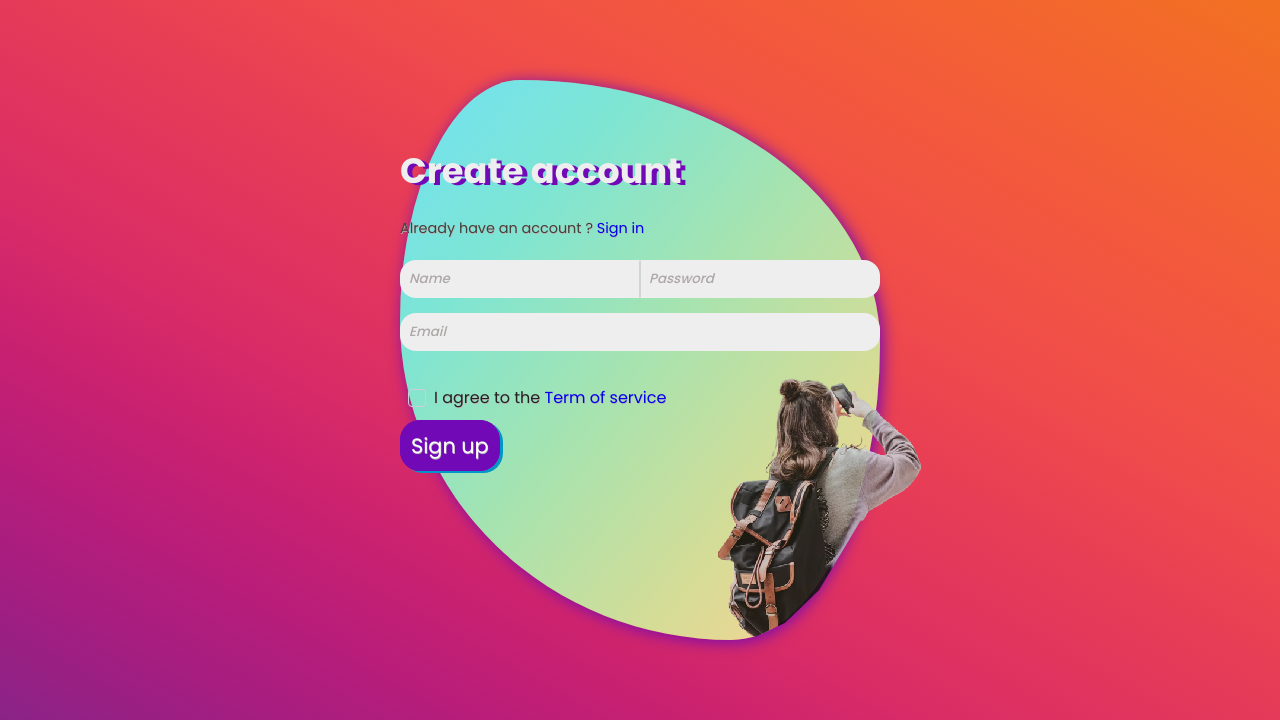
Repository: Yuukicoder/Techfest1
Page: signup.html
These files come from the project's save history. The page is drawn as it stood at one moment and after the next save; the edit follows.
The browser window is 1280 px wide. The pictures show the whole page.
Some web fonts or font styles are not loaded; a fallback is used.

Above is the page before, as saved 2022-11-05 21:44:14.

### signup.html
<!DOCTYPE html>
<html lang="en">
  <head>
    <meta charset="UTF-8" />
    <meta http-equiv="X-UA-Compatible" content="IE=edge" />
    <meta name="viewport" content="width=device-width, initial-scale=1.0" />
    <link rel="stylesheet" href="signup.css" />
    <title>Signup</title>
  </head>
  <body>
    <div id="scroll-progress"></div>
    <div class="box">
      <div class="signup">
        <!-- ======================================HEADING=============================================================== -->
        <div class="signup__heading">Create account</div>

        <!-- ======================================SIGNIN=============================================================== -->

        <p class="signup__already">
          Already have an account ? <a href="#" class="signup__link">Sign in</a>
        </p>
        <!-- =======================================NAME+PASSWORD============================================================== -->

        <form action="#" class="signup__form">
          <div class="form__group form__group--2">
            <input type="text" class="form__input" placeholder="Name" />
            <input type="text" class="form__input" placeholder="Password" />
          </div>
          <!-- =======================================EMAIL============================================================== -->

          <div class="form__group">
            <input type="text" class="form__input" placeholder="Email" />
          </div>
          <!-- ======================================SVG CHECKBOX=============================================================== -->

          <svg class="checkbox-symbol">
            <symbol id="check" viewbox="0 0 12 10">
              <polyline
                points="1.5 6 4.5 9 10.5 1"
                stroke-linecap="round"
                stroke-linejoin="round"
                stroke-width="2"
              ></polyline>
            </symbol>
          </svg>

          <div class="checkbox-container">
            <input class="checkbox-input" id="apples" type="checkbox" />
            <label class="checkbox" for="apples">
              <span>
                <svg width="12px" height="10px">
                  <use xlink:href="#check"></use>
                </svg>
              </span>
              <span>
                I agree to the
                <a href="#" class="signup__link">Term of service</a>
              </span>
            </label>
          </div>
          <!-- ======================================BUTTON SIGNUP=============================================================== -->

          <div class="form__group">
            <div class="button-border">
              <form action="index.html">
                <a href="index.html" class="button"><span> Sign up </span></a>
              </form>
            </div>
          </div>
        </form>
      </div>
      <!-- ===========================================IMAGE========================================================== -->

      <img src="Image/signup2.png" alt="anh1" />
      <!-- ===================================================================================================== -->
    </div>
    <script src="app.js"></script>
  </body>
</html>

### signup.css
@import url("https://fonts.googleapis.com/css2?family=Caveat:wght@400;600&family=Hurricane&family=Poppins:wght@100;200;300;400;500;600;700;800;900&family=Satisfy&display=swap");
* {
  margin: 0;
  box-sizing: border-box;
  /* border: 1px solid black; */
  font-family: "Poppins", sans-serif;
}
:root {
  --text-color: #463f3a;
  --link-color: #0000ee;
  --shadow-color: #7209b7;
}
/* =================================BODY======================================================== */

body {
  background-image: linear-gradient(
      to right top,
      #8a2387,
      #a21e81,
      #b71d7a,
      #ca2170,
      #d92c66,
      #e2355d,
      #e93f54,
      #ef4b4b,
      #f25442,
      #f35d38,
      #f3672d,
      #f27121
    ),
    url("./Image/signup1.webp");
  object-position: center;
  object-fit: cover;
  background-size: cover;
  background-repeat: no-repeat;
  width: 100vw;
  height: 100vh;
  display: flex;
  align-items: center;
  justify-content: center;
}
#scroll-progress {
  position: fixed;
  top: 0;
  width: 0%;
  height: 4px;
  background: #7983ff;
  z-index: 10000;
}
body::-webkit-scrollbar {
  display: none;
}
/* =================================IMAGE======================================================== */
img {
  image-rendering: pixelated;
  height: 65%;
  /* transform: translate(300px,199px); */
  transform: translate(184px, 99px);
  opacity: 0.9;
  clip-path: polygon(
    100% 0,
    100% 61%,
    65% 67%,
    48% 86%,
    34% 95%,
    18% 100%,
    0 100%,
    0 0,
    47% 0,
    80% 0
  );
}
/* ==================================BOX======================================================= */

.box {
  background-image: linear-gradient(
    to right bottom,
    #70e1f5,
    #7ee5d3,
    #a7e3af,
    #d5dc96,
    #ffd194
  );
  border-radius: 25% 75% 31% 69% / 43% 47% 53% 57%;
  height: 35rem;
  width: 30rem;
  box-shadow: 3px 2px 1rem var(--shadow-color);
  display: flex;
  align-items: center;
  justify-content: center;
  position: relative;
}
/* ===========================HEADING+SIGNUP+SIGNIN--LINK+CHECKBOX--LINK============================================================== */

.signup__heading {
  font-size: 2.2rem;
  font-weight: bold;
  margin-bottom: 1.3rem;
  color: #eee;
  cursor: context-menu;
  text-shadow: 5px 2px var(--shadow-color);
}
.signup {
  position: absolute;
  top: 0;
  padding-top: 4rem;
  cursor: context-menu;
  text-shadow: 0.5px 0.5px rgb(185, 183, 183);
}
.signup__already {
  margin-bottom: 1.3rem;
  color: var(--text-color);
  font-size: 0.9rem;
}
.signup__link {
  text-decoration: none;
  background-image: linear-gradient(var(--link-color), var(--link-color));
  background-size: 0% 0.1em;
  background-position-y: 100%;
  background-position-x: 100%;
  background-repeat: no-repeat;
  transition: background-size 0.2s ease-in-out;
}
.signup__link:hover,
.signup__link:focus,
.signup__link:active {
  background-size: 100% 0.1em;
  background-position-x: 0%;
}
/* ================================NAME+PASSWORD+EMAIL========================================================= */

.form__group {
  margin-bottom: 15px;
}
.form__group--2 {
  display: flex;
  justify-content: space-between;
}
.form__input {
  font-family: "Poppins", sans-serif;
  padding: 0.5rem;
  border-radius: 1rem;
  outline: none;
  font-weight: 500;
  background-color: #eee;
  border: 1px solid transparent;
  transition: 0.2s linear;
  width: 100%;
}
.form__group--2 > .form__input:first-child {
  border-right-color: #d3d3d3;
}
.form__group--2 > .form__input:last-child {
  border-left-color: #d3d3d3;
}

.form__input:focus {
  border: none;
  background-color: white;
}

.form__group--2 > .form__input:last-child {
  border-top-left-radius: 0;
  border-bottom-left-radius: 0;
}
.form__group--2 > .form__input:first-child {
  border-top-right-radius: 0;
  border-bottom-right-radius: 0;
}
.form__input::-webkit-input-placeholder {
  color: rgb(173, 167, 167);
  font-style: italic;
}
/* =====================================BUTTON==================================================== */

.button {
  background-color: transparent;
  border: none;
  font-size: 1.3rem;
  color: #ffffff;
  outline: none;
  padding: 10px;
  width: 200px;
  position: relative;
  border-radius: 20px;
  background-color: var(--shadow-color);
  transition: 0.5s;
  box-shadow: 3px 2px rgb(1, 150, 199);
  border: 1px solid var(--shadow-color);
}

.button:hover {
  background-color: #0077ff;
  border-right: 1px solid white;
}

.button span {
  cursor: pointer;
  display: inline-block;
  position: relative;
  transition: 0.5s;
}

.button span:after {
  content: "\00bb";
  position: absolute;
  opacity: 0;
  top: 0;
  right: -20px;
  transition: 0.5s;
}

.button:hover span {
  padding-right: 25px;
}

.button:hover span:after {
  opacity: 1;
  right: 0;
}
/* ===================================SVG CHECKBOX====================================================== */

.checkbox-symbol {
  position: absolute;
  width: 0;
  height: 0;
  pointer-events: none;
  user-select: none;
}

.checkbox-container {
  box-sizing: border-box;
  color: #222;
  height: 64px;
  display: flex;
  justify-content: center;
  align-items: center;
  flex-flow: row wrap;
}

.checkbox-container * {
  box-sizing: border-box;
}

.checkbox-input {
  position: absolute;
  visibility: hidden;
}

.checkbox {
  user-select: none;
  cursor: pointer;
  padding: 6px 8px;
  border-radius: 6px;
  overflow: hidden;
  transition: all 0.3s ease;
  display: flex;
  position: absolute;
  left: 0;
}

.checkbox:not(:last-child) {
  margin-right: 6px;
}

.checkbox:hover {
  background: rgba(0, 119, 255, 0.06);
}

.checkbox span {
  vertical-align: middle;
  transform: translate3d(0, 0, 0);
}

.checkbox span:first-child {
  position: relative;
  flex: 0 0 18px;
  width: 18px;
  height: 18px;
  border-radius: 4px;
  transform: scale(1);
  border: 1px solid #cccfdb;
  transition: all 0.3s ease;
}

.checkbox span:first-child svg {
  position: absolute;
  top: 3px;
  left: 2px;
  fill: none;
  stroke: #fff;
  stroke-dasharray: 16px;
  stroke-dashoffset: 16px;
  transition: all 0.3s ease;
  transform: translate3d(0, 0, 0);
}

.checkbox span:last-child {
  padding-left: 8px;
  line-height: 18px;
}

.checkbox:hover span:first-child {
  border-color: #0077ff;
}

.checkbox-input:checked + .checkbox span:first-child {
  background: #0077ff;
  border-color: #0077ff;
  animation: zoom-in-out 0.3s ease;
}

.checkbox-input:checked + .checkbox span:first-child svg {
  stroke-dashoffset: 0;
}

@keyframes zoom-in-out {
  50% {
    transform: scale(0.9);
  }
}
/* ========================================================================================= */
.left-to-right {
  transform: translateX(-150%);
}

.left-to-right.start {
  transition: 1.7s ease-in-out;
  transform: translateX(0);
}
.right-to-left {
  transform: translateX(150%);
}

.right-to-left.start {
  transition: 0.7s ease-in-out;
  transform: translateX(0);
}
.zoom {
  transform: scale(0);
}

.zoom.start {
  transition: 1.5s ease-in-out;
  transform: unset;
}

Loaded but not shown: app.js (no copy from this time; the picture is the same without it)

After the next save:
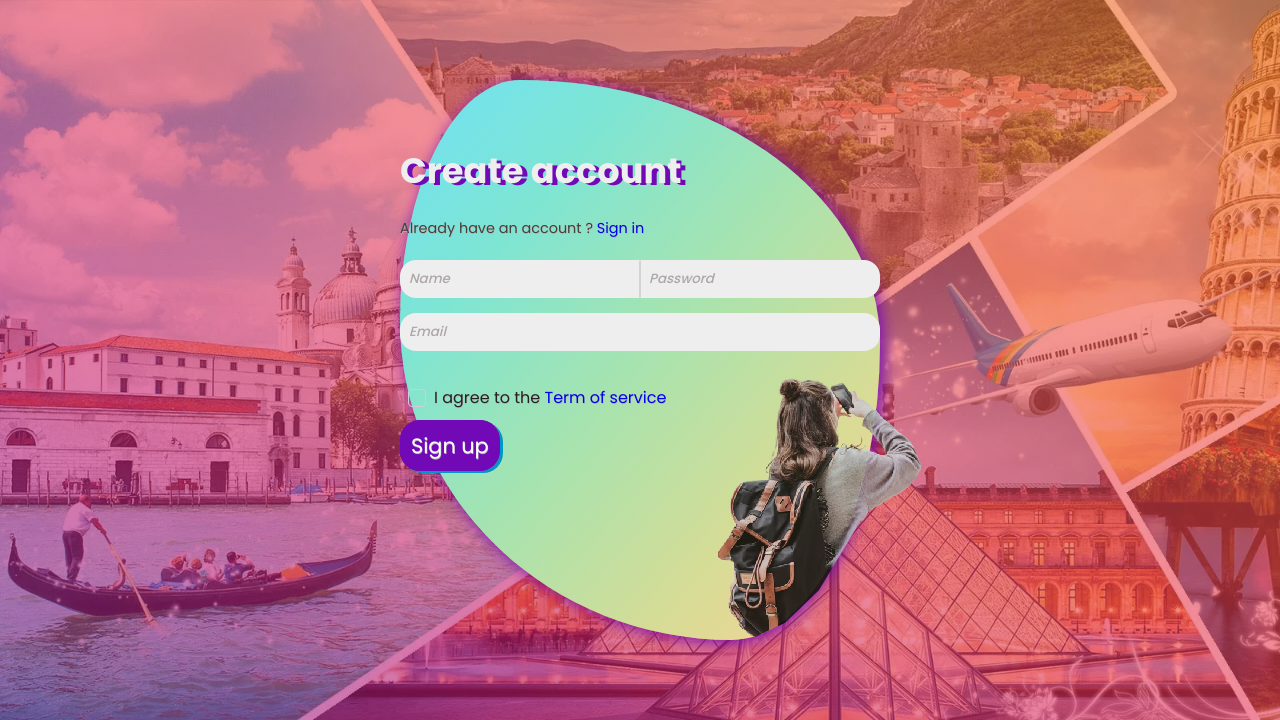
Saved 91 s later.
--- a/signup.css
+++ b/signup.css
@@ -15,18 +15,18 @@
 body {
   background-image: linear-gradient(
       to right top,
-      #8a2387,
-      #a21e81,
-      #b71d7a,
-      #ca2170,
-      #d92c66,
-      #e2355d,
-      #e93f54,
-      #ef4b4b,
-      #f25442,
-      #f35d38,
-      #f3672d,
-      #f27121
+      rgba(138, 35, 135, 0.6),
+      rgba(162, 30, 129, 0.6),
+      rgba(183, 29, 122, 0.6),
+      rgba(202, 33, 112, 0.6),
+      rgba(217, 44, 102, 0.6),
+      rgba(226, 53, 93, 0.6),
+      rgba(233, 63, 84, 0.6),
+      rgba(239, 75, 75, 0.6),
+      rgba(242, 84, 66, 0.6),
+      rgba(243, 93, 56, 0.6),
+      rgba(243, 103, 45, 0.6),
+      rgba(242, 113, 33, 0.6)
     ),
     url("./Image/signup1.webp");
   object-position: center;
